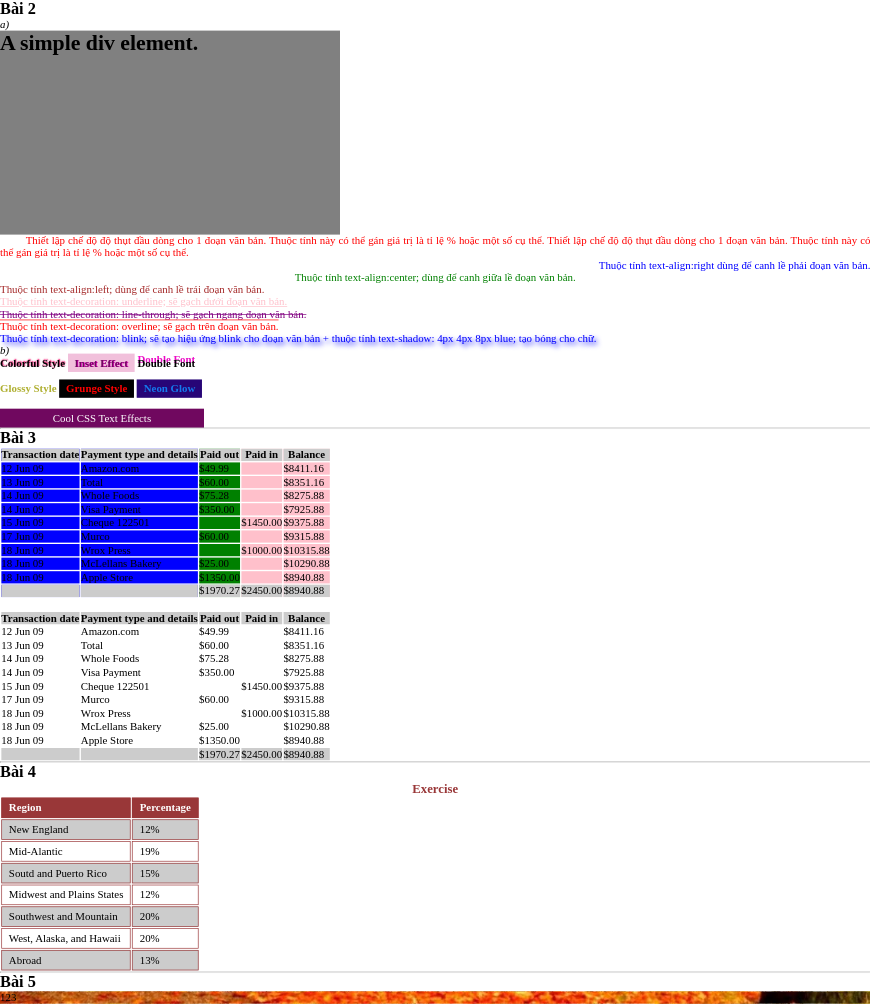
Repository: hoangnguyen1903/STT_21084321_NguyenHuyHoang_DHKHMT17B
Page: html/index.html
An editor plug-in stored every save of this project. The page is shown before and after the next save, followed by the edit.
The browser window is 1280 px wide. The pictures show the whole page, at 68% of full size.

Above is the page before, as saved 2023-03-02 14:53:27.

After the next save:
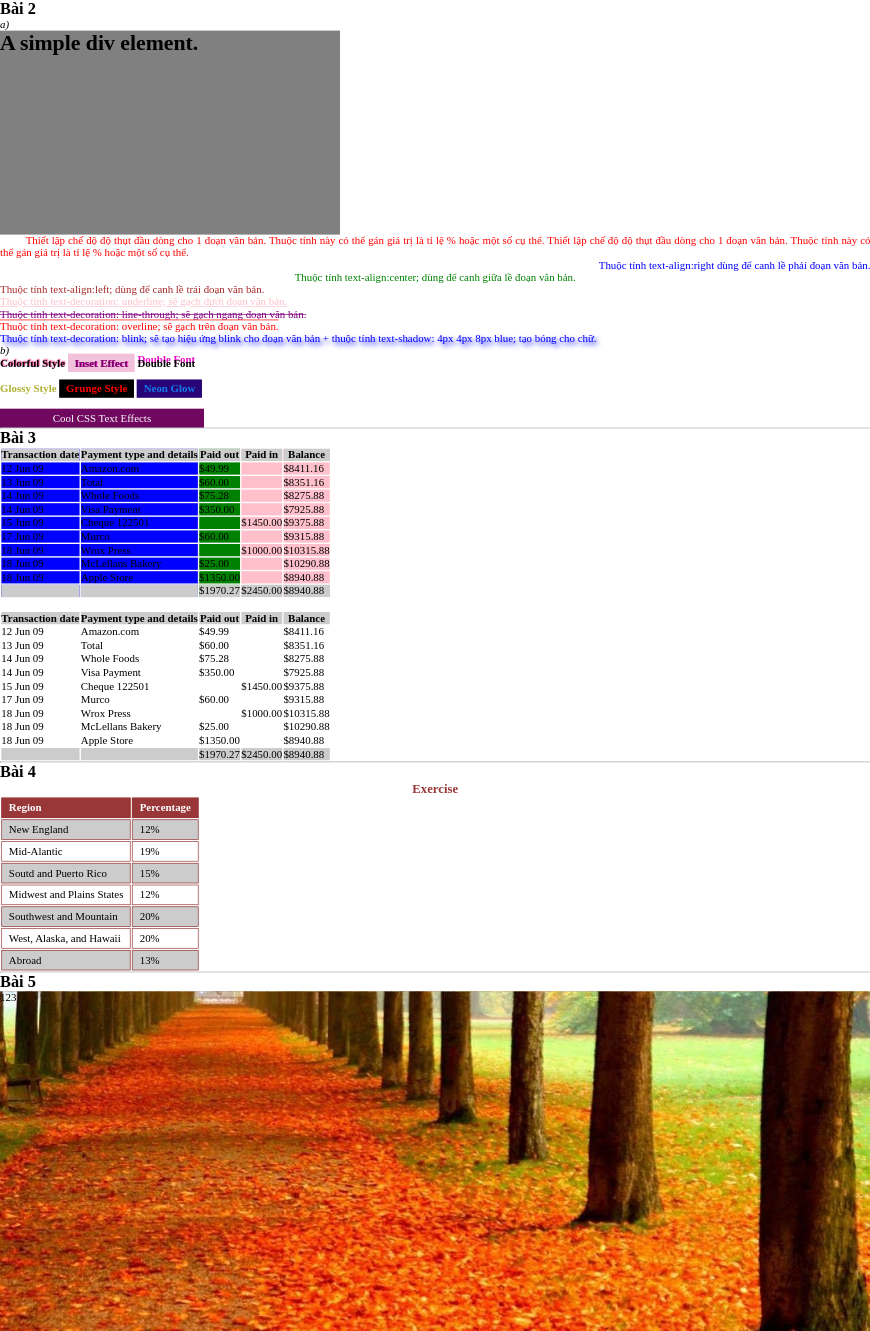
Saved 21 s later.
--- a/html/index.html
+++ b/html/index.html
@@ -44,6 +44,8 @@
       }
 
       #bai5 {
+        width: 100%;
+        height: 500px;
         background-image: url("../img/bg-1.jpg"), url("../img//bg-2.jpg");
         background-position: right bottom, left top;
         background-repeat: no-repeat, repeat;
